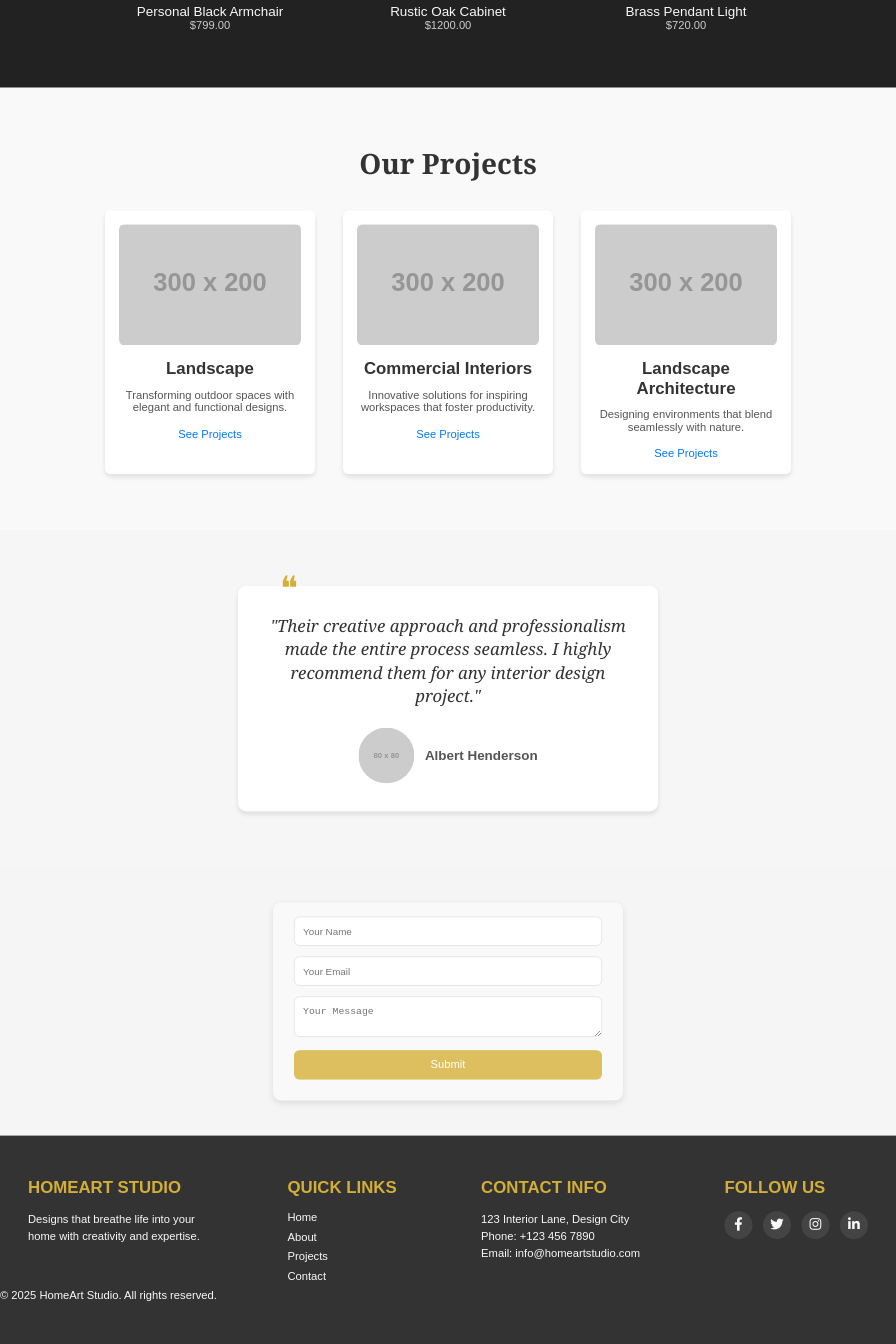
Repository: Patience225/home-decor-studio
Page: index.html
An editor plug-in stored every save of this project. The page is shown before and after the next save, followed by the edit.
The browser window is 1280 px wide. The pictures show the part of the page from y = 2396 to 4316 px (the page is 4316 px tall before and 4288 px after), at 70% of full size.

Above is the page before, as saved 2025-01-29 05:26:37.

After the next save:
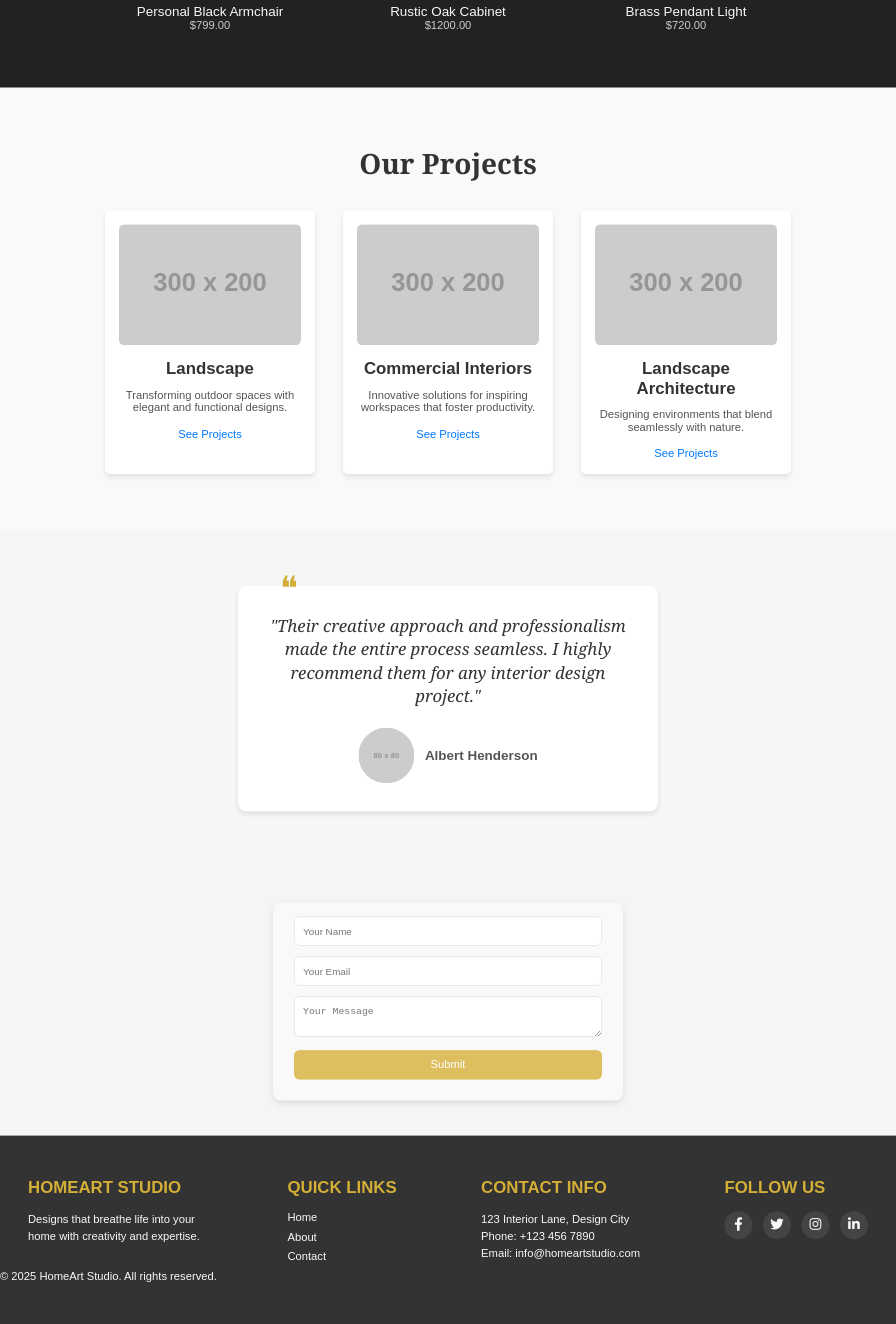
Saved 105 s later.
--- a/index.html
+++ b/index.html
@@ -104,7 +104,7 @@
         <ul>
           <li><a href="#home">Home</a></li>
           <li><a href="#about">About</a></li>
-          <li><a href="#projects">Projects</a></li>
+          <li><a href="#projects"></a></li>
           <li><a href="#contact">Contact</a></li>
         </ul>
       </div>
